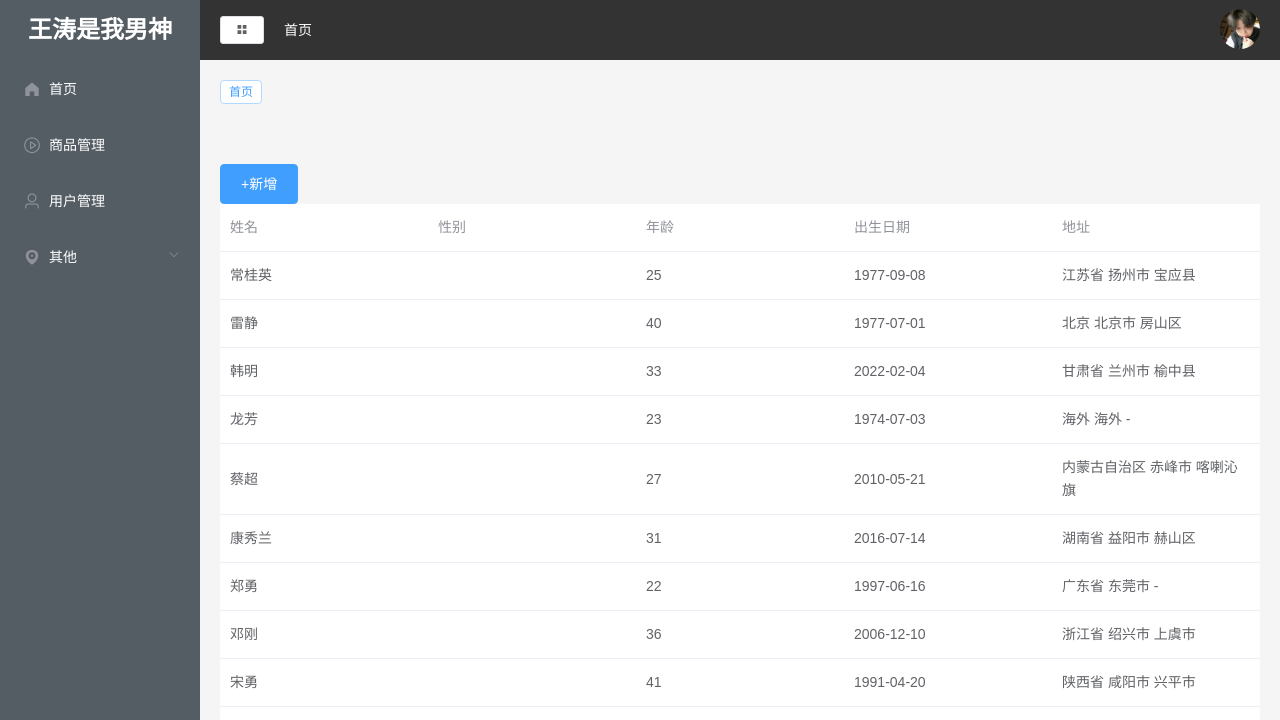
Repository: wangtao20230308/-
Page: /user
These files come from the project's save history. The page is drawn as it stood at one moment and after the next save; the edit follows.
The browser window is 1280 px wide. The pictures show the whole page.
An inner scrolling area shows only its first screen. The project was rebuilt for these pictures with package versions that can differ from the ones it lists, and the page was loaded fresh each time. Also part of the build but not shown: src/views/Home.vue, src/views/Mall.vue, src/views/PageOne.vue, src/views/PageTwo.vue.

Above is the page before, as saved 2023-03-24 15:18:20.

### src/main.js
import Vue from 'vue'
import App from './App.vue'
// //element-ui全局引入
// import ElementUI from 'element-ui';
// import 'element-ui/lib/theme-chalk/index.css';
// //element-ui转换成一个插件
// Vue.use(ElementUI);

//ele按需导入
import { DatePicker, Select, Option, Form, FormItem, Input, Dialog, Tag, Breadcrumb, BreadcrumbItem, Table, TableColumn, Col, Row, Card, Button, Radio, Container, Aside, Header, Main, Menu, Submenu, MenuItemGroup, MenuItem, Dropdown, DropdownMenu, DropdownItem } from 'element-ui'
import 'element-ui/lib/theme-chalk/index.css'
import './assets/less/index.less'
Vue.use(Button)
Vue.use(Radio)
Vue.use(Container)
Vue.use(Aside)
Vue.use(Header)
Vue.use(Main)
Vue.use(Menu)
Vue.use(Submenu)
Vue.use(MenuItemGroup)
Vue.use(MenuItem)
Vue.use(Dropdown)
Vue.use(DropdownMenu)
Vue.use(DropdownItem)
Vue.use(Card)
Vue.use(Row)
Vue.use(Col)
Vue.use(Table)
Vue.use(TableColumn)
Vue.use(Breadcrumb)
Vue.use(BreadcrumbItem)
Vue.use(Tag)
Vue.use(Dialog)
Vue.use(Form)
Vue.use(FormItem)
Vue.use(Input)
Vue.use(Select)
Vue.use(Option)
Vue.use(DatePicker)

//路由引入
import router from './router'
import store from './store'
import './api/mock'

Vue.config.productionTip = false

new Vue({
  router,
  store, //把store挂载到vue实例上
  render: (h) => h(App),
}).$mount('#app')

### src/App.vue
<template>
  <div id="app">
    <router-view></router-view>
  </div>
</template>

<script>
//import HelloWorld from './components/HelloWorld.vue'

export default {
  name: 'App',
  components: {
    //HelloWorld
  },
}
</script>

<style lang="less">
html,
body,
h3,
p {
  padding: 0;
  margin: 0;
}
#app {
  height: 100vh;
}
</style>

### src/router/index.js
//import { hasOwnMetadata } from 'core-js/fn/reflect'
import Vue from 'vue'
import VueRouter from 'vue-router'
import Main from '../views/Main.vue'
import Home from '../views/Home.vue'
import User from '../views/User.vue'
import Mall from '../views/Mall.vue'
import PageOne from '../views/PageOne.vue'
import PageTwo from '../views/PageTwo.vue'

Vue.use(VueRouter)

const routes = [
  //主路由
  {
    path: '/',
    name: 'Main',
    //按需引入组件
    //原型：component: import()
    component: Main,
    redirect: '/home',
    children: [
      //子路由（嵌套路由）
      {
        //首页
        path: 'home',
        name: 'home',
        component: Home,
      },
      {
        //用户页
        path: 'user',
        name: 'user',
        component: User,
      },
      {
        //商品管理
        path: 'mall',
        name: 'mall',
        component: Mall,
      },
      {
        //页面1
        path: 'page1',
        name: 'page1',
        component: PageOne,
      },
      {
        //页面2
        path: 'page2',
        name: 'page2',
        component: PageTwo,
      },
      // {
      //   path: '/user',
      //   name: 'user',
      //   //按需引入组件
      //   //原型：component: import()
      //   component: () => import('../views/User')
      // }
    ],
  },
]

// new VueRouter({
//   mode: 'history',
// })
const router = new VueRouter({
  mode: 'history',
  routes,
})

//导出路由
export default router

### src/store/index.js
import Vue from 'vue'
import Vuex from 'vuex'
import tab from './tab'

//全局注入状态管理vuex
Vue.use(Vuex)

//创建vuex的实例
export default new Vuex.Store({
  modules: {
    tab,
  },
})

### src/api/mock.js
import Mock from 'mockjs'
import homeApi from './mockServeData/home'
import user from './mockServeData/user'

//定义mock请求拦截
// Mock.mock('/api/home/getData', 'get', function () {
//   //拦截到请求后的处理逻辑
//   console.log('拦截到了')
//   return 1
// })
Mock.mock('/api/home/getData', 'get', homeApi.getStatisticalData)

//用户列表的数据
Mock.mock('/api/user/add', 'post', user.createUser) //新增
Mock.mock('/api/user/edit', 'post', user.updateUser) //编辑
Mock.mock('/api/user/del', 'post', user.deleteUser) //删除
Mock.mock('/api/user/getUser', 'get', user.getUserList) //获取表格数据

### src/assets/less/home.less
.home {
    .user {
      display: flex;
      align-items: center;
      padding-bottom: 20px;
      margin-bottom: 20px;
      border-bottom: 1px solid #ccc;
      img {
        width: 150px;
        height: 150px;
        border-radius: 50%;
        margin-right: 40px;
      }
      &info {
        .name {
          font-size: 32px;
          margin-bottom: 10px;
        }
        .access {
          color: #999999;
        }
      }
    }
    .login-info {
      p {
        line-height: 28px;
        font-size: 14px;
        color: #999999;
        span {
          color: #666666;
          margin-left: 60px;
        }
      }
    }
    .num {
      display: flex;
      flex-wrap: wrap;
      justify-content: space-between;
      .el-card {
        width: 32%;
        margin-bottom: 20px;
      }
      .icon {
        font-size: 30px;
        width: 80px;
        height: 80px;
        text-align: center;
        line-height: 80px;
        color: #fff;
      }
      .detail {
        margin-left: 15px;
        display: flex;
        flex-direction: column;
        justify-content: center;
        .num {
          font-size: 30px;
          margin-bottom: 10px;
        }
        .txt {
          font-size: 14px;
          text-align: center;
          color: #999999;
        }
      }
    }
    .graph {
      margin-top: 20px;
      display: flex;
      justify-content: space-between;
      .el-card {
        width: 48%;
      }
    }
  }

### src/views/Main.vue
<template>
  <el-container style="height: 100%">
    <el-aside width="auto">
      <!-- aside -->
      <common-aside></common-aside>
    </el-aside>
    <el-container>
      <el-header>
        <!-- Header -->
        <common-header></common-header>
      </el-header>
      <common-tag />
      <el-main>
        <!-- 路由出口，匹配到的组件都渲染在这里 -->
        <router-view></router-view>
      </el-main>
    </el-container>
  </el-container>
</template>

<script>
import CommonAside from '../components/CommonAside.vue'
import CommonHeader from '../components/CommonHeader.vue'
import commonTag from '../components/commonTag.vue'
export default {
  name: 'Main',
  components: {
    CommonAside,
    CommonHeader,
    commonTag,
  },
  data() {
    return {}
  },
}
</script>

<style lang="less" scoped>
.el-header {
  background-color: #333;
}
// .el-main {
//   padding-top: 0;
// }
</style>

### src/views/User.vue
<template>
  <div>
    <div class="manage">
      <el-dialog title="提示" :visible.sync="dialogVisible" width="50%" :before-close="handleClose">
        <!-- 用户的表单信息 -->
        <el-form ref="form" :model="form" label-width="80px" :inline="true" :rules="rules">
          <el-form-item label="姓名" prop="name">
            <el-input placeholder="请输入姓名" v-model="form.name"></el-input>
          </el-form-item>
          <el-form-item label="年龄" prop="age">
            <el-input placeholder="请输入年龄" v-model="form.age"></el-input>
          </el-form-item>
          <el-form-item label="性别" prop="sex">
            <el-select v-model="form.sex" placeholder="请选择">
              <el-option label="男" value="1"></el-option>
              <el-option label="女" value="0"></el-option>
            </el-select>
          </el-form-item>
          <el-form-item label="出生日期" prop="birth">
            <el-date-picker v-model="form.birth" type="datetime" placeholder="选择日期时间"> </el-date-picker>
          </el-form-item>
          <el-form-item label="地址" prop="addr">
            <el-input placeholder="请输入地址" v-model="form.addr"></el-input>
          </el-form-item>
        </el-form>
        <span slot="footer" class="dialog-footer">
          <el-button @click="cancel">取 消</el-button>
          <el-button type="primary" @click="submit">确 定</el-button>
        </span>
      </el-dialog>
    </div>
    <div class="manage-header">
      <el-button type="primary" @click="dialogVisible = true">+新增</el-button>
      <el-table :data="tableData" style="width: 100%">
        <el-table-column prop="name" label="姓名"> </el-table-column>
        <el-table-column prop="sexLabel" label="性别"><template></template> </el-table-column>
        <el-table-column prop="age" label="年龄"> </el-table-column>
        <el-table-column prop="birth" label="出生日期"> </el-table-column>
        <el-table-column prop="addr" label="地址"> </el-table-column>
      </el-table>
    </div>
  </div>
</template>
<script>
import { getUser } from '../api'
export default {
  name: 'User',
  data() {
    return {
      dialogVisible: false,
      form: {
        name: '',
        age: '',
        sex: '',
        birth: '',
        addr: '',
      },
      rules: {
        name: [{ required: true, message: '请输入姓名', trigger: 'blur' }],
        age: [{ required: true, message: '请输入年龄', trigger: 'blur' }],
        sex: [{ required: true, message: '请选择性别', trigger: 'blur' }],
        birth: [{ required: true, message: '请输入出生日期', trigger: 'blur' }],
        addr: [{ required: true, message: '请输入地址', trigger: 'blur' }],
      },
      tableData: [],
    }
  },
  methods: {
    //提交用户表单
    submit() {
      this.$refs.form.validate((valid) => {
        //判断是否校验，参数valid为boolean值
        if (valid) {
          //校验成功，后续对表单的处理
          console.log(valid, 'valid')
          console.log(this.form, '拿到表单提交后的form数据')

          this.$refs.form.resetFields()
          //关闭弹窗
          this.dialogVisible = false
        }
      })
    },
    handleClose() {
      this.$refs.form.resetFields()
      this.dialogVisible = false
    },
    cancel() {
      this.handleClose()
    },
    // cancel() {
    //   this.$refs.form.resetFields()
    //   this.dialogVisible = false
    // },
  },
  mounted() {
    // 获取列表数据
    getUser().then(({ data }) => {
      console.log(data, 'data')
      this.tableData = data.list
    })
  },
}
</script>

<style></style>

### src/store/tab.js
//用来管理菜单的数据
export default {
  state: {
    isCollapse: false, // 控制菜单的展开还是收起
    tabsList: [
      {
        path: '/',
        name: 'home',
        label: '首页',
        icon: 's-home',
        url: 'Home/Home',
      },
    ], //面包屑数据
  },
  mutations: {
    //修改菜单展开收起的方法
    collapseMenu(state) {
      state.isCollapse = !state.isCollapse
    },
    //更新面包屑数据
    selectMenu(state, val) {
      //判断添加的数据是否为首页
      if (val.name !== 'home') {
        const index = state.tabsList.findIndex((item) => item.name === val.name)
        //如果不存在
        if (index === -1) {
          state.tabsList.push(val)
        }
      }
    },
    //删除指定的tag数据
    closeTag(state, item) {
      console.log(item, 'item')
      const index = state.tabsList.findIndex((val) => val.name === item.name)
      state.tabsList.splice(index, 1)
    },
  },
}

### src/api/mockServeData/home.js
// mock数据模拟
import Mock from 'mockjs'

// 图表数据
let List = []
export default {
  getStatisticalData: () => {
    //Mock.Random.float 产生随机数100到8000之间 保留小数 最小0位 最大0位
    for (let i = 0; i < 7; i++) {
      List.push(
        Mock.mock({
          苹果: Mock.Random.float(100, 8000, 0, 0),
          vivo: Mock.Random.float(100, 8000, 0, 0),
          oppo: Mock.Random.float(100, 8000, 0, 0),
          魅族: Mock.Random.float(100, 8000, 0, 0),
          三星: Mock.Random.float(100, 8000, 0, 0),
          小米: Mock.Random.float(100, 8000, 0, 0),
        })
      )
    }
    return {
      code: 20000,
      data: {
        // 饼图
        videoData: [
          {
            name: '小米',
            value: 2999,
          },
          {
            name: '苹果',
            value: 5999,
          },
          {
            name: 'vivo',
            value: 1500,
          },
          {
            name: 'oppo',
            value: 1999,
          },
          {
            name: '魅族',
            value: 2200,
          },
          {
            name: '三星',
            value: 4500,
          },
        ],
        // 柱状图
        userData: [
          {
            date: '周一',
            new: 5,
            active: 200,
          },
          {
            date: '周二',
            new: 10,
            active: 500,
          },
          {
            date: '周三',
            new: 12,
            active: 550,
          },
          {
            date: '周四',
            new: 60,
            active: 800,
          },
          {
            date: '周五',
            new: 65,
            active: 550,
          },
          {
            date: '周六',
            new: 53,
            active: 770,
          },
          {
            date: '周日',
            new: 33,
            active: 170,
          },
        ],
        // 折线图
        orderData: {
          date: ['20191001', '20191002', '20191003', '20191004', '20191005', '20191006', '20191007'],
          data: List,
        },
        //表格数据
        tableData: [
          {
            name: 'oppo',
            todayBuy: 500,
            monthBuy: 3500,
            totalBuy: 22000,
          },
          {
            name: 'vivo',
            todayBuy: 300,
            monthBuy: 2200,
            totalBuy: 24000,
          },
          {
            name: '苹果',
            todayBuy: 800,
            monthBuy: 4500,
            totalBuy: 65000,
          },
          {
            name: '小米',
            todayBuy: 1200,
            monthBuy: 6500,
            totalBuy: 45000,
          },
          {
            name: '三星',
            todayBuy: 300,
            monthBuy: 2000,
            totalBuy: 34000,
          },
          {
            name: '魅族',
            todayBuy: 350,
            monthBuy: 3000,
            totalBuy: 22000,
          },
        ],
      },
    }
  },
}

### src/api/mockServeData/user.js
import Mock from 'mockjs'

// get请求从config.url获取参数，post从config.body中获取参数
function param2Obj(url) {
  const search = url.split('?')[1]
  if (!search) {
    return {}
  }
  return JSON.parse('{"' + decodeURIComponent(search).replace(/"/g, '\\"').replace(/&/g, '","').replace(/=/g, '":"') + '"}')
}

let List = []
const count = 200

for (let i = 0; i < count; i++) {
  List.push(
    Mock.mock({
      id: Mock.Random.guid(),
      name: Mock.Random.cname(),
      addr: Mock.mock('@county(true)'),
      'age|18-60': 1,
      birth: Mock.Random.date(),
      sex: Mock.Random.integer(0, 1),
    })
  )
}

export default {
  /**
   * 获取列表
   * 要带参数 name, page, limt; name可以不填, page,limit有默认值。
   * @param name, page, limit
   * @return {{code: number, count: number, data: *[]}}
   */
  getUserList: (config) => {
    const { name, page = 1, limit = 20 } = param2Obj(config.url)
    console.log('name:' + name, 'page:' + page, '分页大小limit:' + limit)
    const mockList = List.filter((user) => {
      if (name && user.name.indexOf(name) === -1 && user.addr.indexOf(name) === -1) return false
      return true
    })
    const pageList = mockList.filter((item, index) => index < limit * page && index >= limit * (page - 1))
    return {
      code: 20000,
      count: mockList.length,
      list: pageList,
    }
  },
  /**
   * 增加用户
   * @param name, addr, age, birth, sex
   * @return {{code: number, data: {message: string}}}
   */
  createUser: (config) => {
    const { name, addr, age, birth, sex } = JSON.parse(config.body)
    console.log(JSON.parse(config.body))
    List.unshift({
      id: Mock.Random.guid(),
      name: name,
      addr: addr,
      age: age,
      birth: birth,
      sex: sex,
    })
    return {
      code: 20000,
      data: {
        message: '添加成功',
      },
    }
  },
  /**
   * 删除用户
   * @param id
   * @return {*}
   */
  deleteUser: (config) => {
    const { id } = JSON.parse(config.body)
    if (!id) {
      return {
        code: -999,
        message: '参数不正确',
      }
    } else {
      List = List.filter((u) => u.id !== id)
      return {
        code: 20000,
        message: '删除成功',
      }
    }
  },
  /**
   * 批量删除
   * @param config
   * @return {{code: number, data: {message: string}}}
   */
  batchremove: (config) => {
    let { ids } = param2Obj(config.url)
    ids = ids.split(',')
    List = List.filter((u) => !ids.includes(u.id))
    return {
      code: 20000,
      data: {
        message: '批量删除成功',
      },
    }
  },
  /**
   * 修改用户
   * @param id, name, addr, age, birth, sex
   * @return {{code: number, data: {message: string}}}
   */
  updateUser: (config) => {
    const { id, name, addr, age, birth, sex } = JSON.parse(config.body)
    const sex_num = parseInt(sex)
    List.some((u) => {
      if (u.id === id) {
        u.name = name
        u.addr = addr
        u.age = age
        u.birth = birth
        u.sex = sex_num
        return true
      }
    })
    return {
      code: 20000,
      data: {
        message: '编辑成功',
      },
    }
  },
}

### src/components/CommonAside.vue
<template>
  <el-menu default-active="1-4-1" class="el-menu-vertical-demo" @open="handleOpen" @close="handleClose" :collapse="isCollapse" background-color="#545c64" text-color="#fff" active-text-color="#ffd04b">
    <h3>{{ isCollapse ? '王涛' : '王涛是我男神' }}</h3>
    <el-menu-item @click="clickMenu(item)" v-for="item in noChildrenMenu" :key="item.name" :index="item.name">
      <i :class="`el-icon-${item.icon}`"></i>
      <span slot="title">{{ item.label }}</span>
    </el-menu-item>
    <el-submenu v-for="item in hasChildrenMenu" :key="item.label" :index="item.label">
      <template slot="title">
        <i :class="`el-icon-${item.icon}`"></i>
        <span slot="title">{{ item.label }}</span>
      </template>
      <el-menu-item-group v-for="subItem in item.children" :key="subItem.path">
        <el-menu-item @click="clickMenu(subItem)" :index="subItem.path">{{ subItem.label }}</el-menu-item>
      </el-menu-item-group>
    </el-submenu>
  </el-menu>
</template>

<style lang="less">
.el-menu-vertical-demo:not(.el-menu--collapse) {
  width: 200px;
  min-height: 400px;
}
.el-menu {
  height: 100vh;
  border-right: none;
  h3 {
    color: #fff;
    // height: 48px;
    text-align: center;
    line-height: 60px;
    font-size: 24px;
    font-weight: 700;
    //喜欢哈哈哈
  }
}
</style>

<script>
export default {
  data() {
    return {
      // isCollapse: false,
      menuData: [
        {
          path: '/',
          name: 'home',
          label: '首页',
          icon: 's-home',
          url: 'Home/Home',
        },
        {
          path: '/mall',
          name: 'mall',
          label: '商品管理',
          icon: 'video-play',
          url: 'MallManage/MallManage',
        },
        {
          path: '/user',
          name: 'user',
          label: '用户管理',
          icon: 'user',
          url: 'UserManage/UserManage',
        },
        {
          label: '其他',
          icon: 'location',
          children: [
            {
              path: '/page1',
              name: 'page1',
              label: '页面1',
              icon: 'setting',
              url: 'Other/PageOne',
            },
            {
              path: '/page2',
              name: 'page2',
              label: '页面2',
              icon: 'setting',
              url: 'Other/PageTwo',
            },
          ],
        },
      ],
    }
  },
  methods: {
    handleOpen(key, keyPath) {
      console.log(key, keyPath)
    },
    handleClose(key, keyPath) {
      console.log(key, keyPath)
    },
    clickMenu(item) {
      console.log('======', item)
      if (this.$route.path !== item.path && !(this.$route.path === '/home' && item.path === '/')) this.$router.push(item.path)
      this.$store.commit('selectMenu', item)
    },
  },
  computed: {
    //没有子菜单的导航栏
    noChildrenMenu() {
      return this.menuData.filter((item) => !item.children)
    },
    //有子菜单的导航栏-->其他
    hasChildrenMenu() {
      return this.menuData.filter((item) => item.children)
    },
    isCollapse() {
      return this.$store.state.tab.isCollapse
    },
  },
}
</script>

### src/components/CommonHeader.vue
<template>
  <header>
    <div class="l-content">
      <el-button plain icon="el-icon-menu" size="mini" @click="handleMenu"></el-button>
      <!-- 面包屑 -->
      <el-breadcrumb separator="/">
        <el-breadcrumb-item v-for="item in tags" :key="item.path" :to="{ path: item.path }">{{ item.label }}</el-breadcrumb-item>
      </el-breadcrumb>
    </div>
    <div class="r-content">
      <el-dropdown trigger="click" size="mini">
        <span>
          <img class="user" :src="userImg" />
        </span>
        <el-dropdown-menu slot="dropdown">
          <el-dropdown-item>个人中心</el-dropdown-item>
          <el-dropdown-item>退出</el-dropdown-item>
        </el-dropdown-menu>
      </el-dropdown>
    </div>
  </header>
</template>

<script>
import { mapState } from 'vuex'
export default {
  name: 'CommonHeader',
  data() {
    return {
      userImg: require('../assets/images/user.png'),
    }
  },
  methods: {
    handleMenu() {
      this.$store.commit('collapseMenu')
    },
  },
  computed: {
    ...mapState({
      tags: (state) => state.tab.tabsList,
    }),
  },
}
</script>

<style lang="less" scoped>
header {
  display: flex;
  height: 100%;
  justify-content: space-between;
  align-items: center;
}
.l-content {
  display: flex;
  align-items: center;
  .el-button {
    margin-right: 20px;
  }
  /deep/ .el-breadcrumb__item {
    .el-breadcrumb__inner {
      font-style: normal;
      &.is-link {
        color: #666;
      }
    }
    &:last-child {
      .el-breadcrumb__inner {
        color: #fff;
      }
    }
  }
}
.r-content {
  .user {
    width: 40px;
    height: 40px;
    border-radius: 50%;
  }
}
</style>

### src/components/commonTag.vue
<template>
  <div class="tabs">
    <el-tag v-for="(item, index) in tags" :key="item.path" :effect="$route.name === item.name ? 'dark' : 'plain'" :closable="item.name !== 'home'" @click="changeMenu(item)" @close="handleClose(item, index)" size="small">
      {{ item.label }}
    </el-tag>
  </div>
</template>

<script>
import { mapState, mapMutations } from 'vuex'
export default {
  name: 'CommonTag',
  data() {
    return {}
  },
  computed: {
    ...mapState({
      tags: (state) => state.tab.tabsList,
    }),
  },
  methods: {
    ...mapMutations(['closeTag']),
    //点击tag跳转的功能
    changeMenu(item) {
      this.$router.push({ name: item.name })
    },
    //点击tag删除的功能
    handleClose(item, index) {
      // 调用store中的mutations
      this.closeTag(item)
      const length = this.tags.length
      //删除之后的跳转逻辑，1.删除非激活标签
      if (item.name !== this.$route.name) {
        return
      }
      //2.表示删除的最后一项激活标签
      if (index === length) {
        this.$router.push({ name: this.tags[index - 1].name })
      } else {
        this.$router.push({ name: this.tags[index].name })
      }
    },
  },
}
</script>

<style lang="less" scoped>
.tabs {
  padding: 20px;
  .el-tag {
    margin-right: 15px;
    cursor: pointer;
  }
}
</style>

### src/api/index.js
import http from '../utils/requst'

//请求首页数据
export const getData = () => {
  //返回一个promise对象,/home/getData这个链接由后端提供的get(请求链接，请求参数)
  return http.get('/home/getData')
}

//获取用户user页的列表、新增、编辑、删除数据
export const getUser = (params) => {
  return http.get('/user/getUser', params)
}

export const addUser = (data) => {
  return http.post('/user/add', data)
}

export const editUser = (data) => {
  return http.get('/user/edit', data)
}

export const delUser = (data) => {
  return http.get('/user/del', data)
}

### src/utils/requst.js
// axios的二次封装
import axios from 'axios'

//创建实列
const http = axios.create({
  //通用请求地址的前缀
  baseURL: '/api',
  //超时时间，就是最大的请求时间是多少
  timeout: 10000,
})

// 从axios中文官方文档直接copy，添加请求拦截器
http.interceptors.request.use(
  function (config) {
    // 在发送请求之前做些什么
    return config
  },
  function (error) {
    // 对请求错误做些什么
    return Promise.reject(error)
  }
)

// 添加响应拦截器
http.interceptors.response.use(
  function (response) {
    // 对响应数据做点什么
    return response
  },
  function (error) {
    // 对响应错误做点什么
    return Promise.reject(error)
  }
)

export default http

Loaded but not shown: public/index.html (common file); src/assets/less/index.less (common file); src/assets/less/common.less (common file); src/assets/less/reset.less (common file)

After the next save:
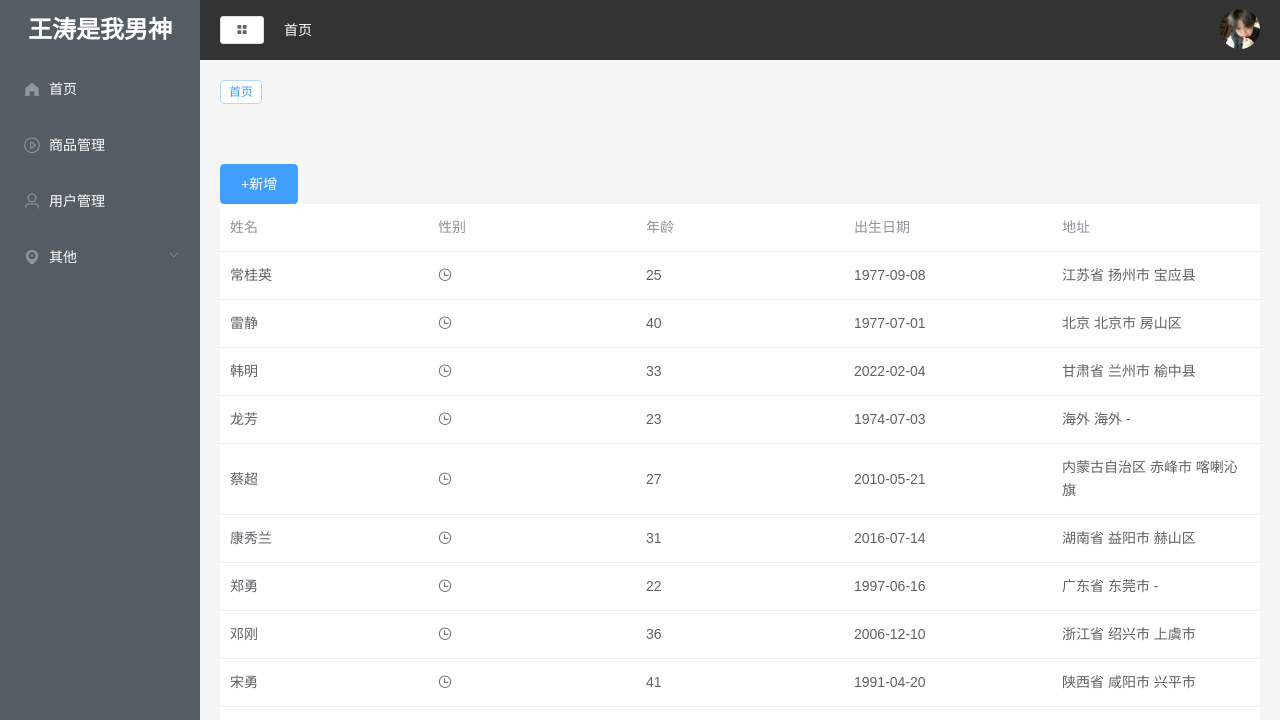
Saved 3 min 44 s later.
--- a/src/views/User.vue
+++ b/src/views/User.vue
@@ -33,7 +33,12 @@
       <el-button type="primary" @click="dialogVisible = true">+新增</el-button>
       <el-table :data="tableData" style="width: 100%">
         <el-table-column prop="name" label="姓名"> </el-table-column>
-        <el-table-column prop="sexLabel" label="性别"><template></template> </el-table-column>
+        <el-table-column prop="sexLabel" label="性别"
+          ><template slot-scope="scope">
+            <i class="el-icon-time"></i>
+            <span style="margin-left: 10px">{{ scope.row.date }}</span>
+          </template></el-table-column
+        >
         <el-table-column prop="age" label="年龄"> </el-table-column>
         <el-table-column prop="birth" label="出生日期"> </el-table-column>
         <el-table-column prop="addr" label="地址"> </el-table-column>
